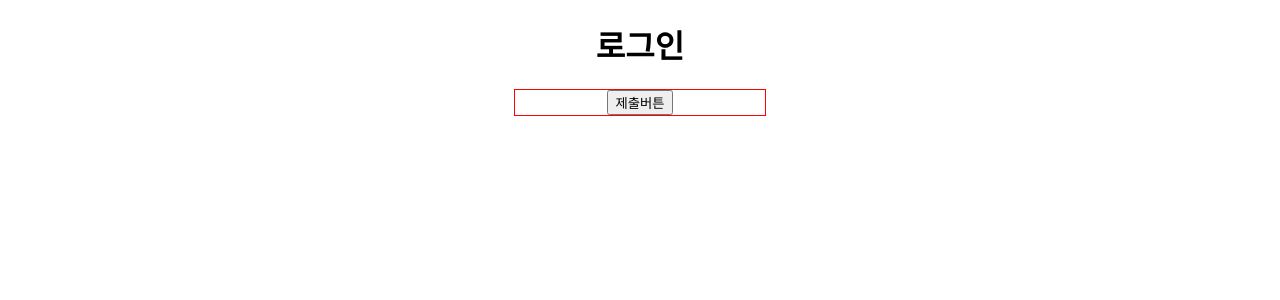
Repository: JaySurplusYoon/JSP_Servlet
Page: jsp01/WebContent/Human_info.html
The author's editor kept a copy of each file at every save. The page is drawn from the files as they stood at one save, then again after the next save.
The browser window is 1280 px wide. The pictures show the whole page.

Above is the page before, as saved 2017-08-10 12:45:24.

After the next save:
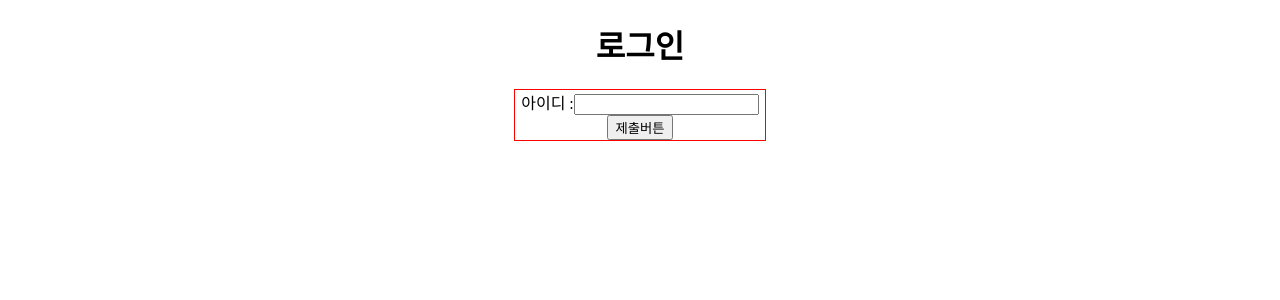
Saved 82 s later.
--- a/jsp01/WebContent/Human_info.html
+++ b/jsp01/WebContent/Human_info.html
@@ -19,6 +19,7 @@
 	<h1>로그인</h1>
 	<section id  = "loginFormArea"?>
 	<form action="HI" method="get">
+	<label id = "id">아이디 :</label><input type= "text" name= "id" id="id"/>
 		<input type="submit" value="제출버튼">
 	</form>
 	</section>
